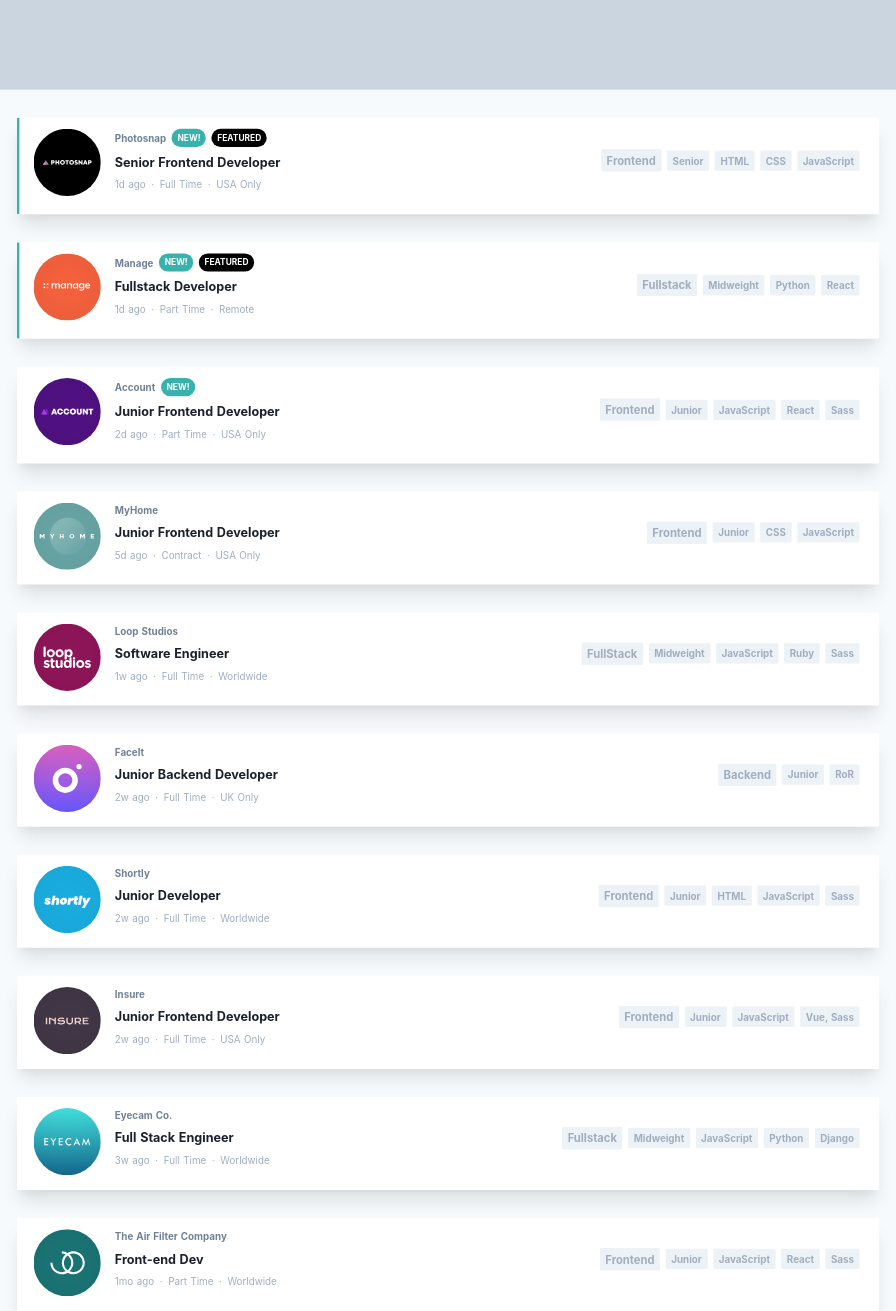
Repository: asongdon/frontendmentor-joblisting
Page: /
The author's editor kept a copy of each file at every save. The page is drawn from the files as they stood at one save, then again after the next save.
The browser window is 1280 px wide. The pictures show the whole page, at 70% of full size.
The project was rebuilt for these pictures with package versions that can differ from the ones it lists, and the page was loaded fresh each time. The framework's server and built-in components were replaced by stand-ins that run in the browser. Also part of the build but not shown: nuxt.config.js.

Above is the page before, as saved 2020-04-12 22:38:08.

### layouts/default.vue
<template>
  <div class="h-screen">
    <Header/>
    <nuxt />
  </div>
</template>

<script>
import Header from '@/components/Header.vue'

export default {
  components: {
    Header
  },
}
</script>

<style>
html {
  font-family: 'Inter', -apple-system, BlinkMacSystemFont, 'Segoe UI',
    Roboto, 'Helvetica Neue', Arial, sans-serif;
  font-size: 16px;
  word-spacing: 1px;
  -ms-text-size-adjust: 100%;
  -webkit-text-size-adjust: 100%;
  -moz-osx-font-smoothing: grayscale;
  -webkit-font-smoothing: antialiased;
  box-sizing: border-box;
  @apply bg-gray-100;
}

*,
*:before,
*:after {
  box-sizing: border-box;
  margin: 0;
}

.button--green {
  display: inline-block;
  border-radius: 4px;
  border: 1px solid #3b8070;
  color: #3b8070;
  text-decoration: none;
  padding: 10px 30px;
}

.button--green:hover {
  color: #fff;
  background-color: #3b8070;
}

.button--grey {
  display: inline-block;
  border-radius: 4px;
  border: 1px solid #35495e;
  color: #35495e;
  text-decoration: none;
  padding: 10px 30px;
  margin-left: 15px;
}

.button--grey:hover {
  color: #fff;
  background-color: #35495e;
}
</style>

### pages/index.vue
<template>
  <div class="mt-10">
    <div class="container mx-auto px-6" v-for="item in data" :key="item.id">
      <Maincard
        :logo="item.logo"
        :company="item.company"
        :newStatus="item.new"
        :featured="item.featured"
        :position="item.position"
        :postedAt="item.postedAt"
        :contract="item.contract"
        :location="item.location"
        :languages="item.languages"
        :tools="item.tools"
        :level="item.level"
        :role="item.role"
      />
    </div>
  </div>
</template>

<script>
import Maincard from '@/components/Maincard'
import data from '@/static/data/data.json'

export default {
  components: {
    Maincard
  },
  data() {
    return {
      data
    }
  }
}
</script>

<style>
/* Sample `apply` at-rules with Tailwind CSS
.container {
  @apply min-h-screen flex justify-center items-center text-center mx-auto;
}
*/
</style>

### components/Header.vue
<template>
  <div class="w-full h-32 bg-gray-400"></div>
</template>

<script>
export default {}
</script>

<style></style>

### components/Maincard.vue
<template>
  <div
    class="flex flex-col lg:flex-row lg:justify-between flex-no-wrap rounded-sm px-5 bg-white shadow-xl py-4 mb-10 border-l-4 border-white"
    :class="{ 'border-l-4': featured, 'border-teal-500': featured }"
  >
    <div class="lg:flex lg:justify-between">
      <!-- Logo -->
      <div class="-mt-10 mb-2 lg:mt-0 lg:mb-0 lg:mr-5">
        <img class="w-12 lg:w-24" :src="'/logos/' + logo" alt="" />
      </div>
      <!-- End Logo -->

      <!-- Info -->
      <div>
        <div class="flex items-center">
          <div class="text-sm font-bold text-gray-600 lg:text-md">
            {{ company }}
          </div>
          <div class="flex text-xs font-bold">
            <div
              v-if="newStatus"
              class=" bg-teal-500 text-white rounded-full px-2 py-1 uppercase ml-2"
            >
              New!
            </div>
            <div
              v-if="featured"
              class="bg-black text-white rounded-full px-2 py-1 uppercase ml-2"
            >
              Featured
            </div>
          </div>
        </div>

        <div class="mt-2 font-bold text-gray-900 lg:text-lg">
          {{ position }}
        </div>

        <div
          class="flex text-xs mt-2 mb-4 text-gray-500 border-b border-gray-200 pb-4 lg:border-0 lg:mb-0 lg:text-sm"
        >
          <div class="mr-2">{{ postedAt }}</div>
          <div class="mr-2">·</div>
          <div class="mr-2">{{ contract }}</div>
          <div class="mr-2">·</div>
          <div>{{ location }}</div>
        </div>
      </div>
    </div>
    <!-- End Info -->

    <!-- Tags -->
    <div class="flex flex-wrap justify-start lg:justify-end lg:items-center">
      <div
        class="px-2 py-1 bg-gray-200 text-gray-500 rounded-sm font-bold mr-2 mb-4 text-sm lg:text-base"
      >
        {{ role }}
      </div>
      <div
        class="px-2 py-1 bg-gray-200 text-gray-500 rounded-sm font-bold mr-2 mb-4 text-sm"
      >
        {{ level }}
      </div>
      <div
        v-for="tag in languages"
        :key="tag.id"
        class="px-2 py-1 bg-gray-200 text-gray-500 rounded-sm font-bold mr-2 mb-4 text-sm"
      >
        {{ tag }}
      </div>
      <div
        v-for="tool in tools"
        :key="tool.id"
        class="px-2 py-1 bg-gray-200 text-gray-500 rounded-sm font-bold mr-2 mb-4 text-sm"
      >
        {{ tool }}
      </div>
    </div>
    <!-- End Tags -->
  </div>
</template>

<script>
export default {
  props: {
    logo: String,
    company: String,
    newStatus: Boolean,
    featured: Boolean,
    position: String,
    postedAt: String,
    contract: String,
    location: String,
    languages: Array,
    tools: Array,
    level: String,
    role: String
  }
}
</script>

<style></style>

### static/data/data.json
[
  {
    "id": 1,
    "company": "Photosnap",
    "logo": "photosnap.svg",
    "new": true,
    "featured": true,
    "position": "Senior Frontend Developer",
    "role": "Frontend",
    "level": "Senior",
    "postedAt": "1d ago",
    "contract": "Full Time",
    "location": "USA Only",
    "languages": ["HTML", "CSS", "JavaScript"]
  },
  {
    "id": 2,
    "company": "Manage",
    "logo": "manage.svg",
    "new": true,
    "featured": true,
    "position": "Fullstack Developer",
    "role": "Fullstack",
    "level": "Midweight",
    "postedAt": "1d ago",
    "contract": "Part Time",
    "location": "Remote",
    "languages": ["Python"],
    "tools": ["React"]
  },
  {
    "id": 3,
    "company": "Account",
    "logo": "account.svg",
    "new": true,
    "featured": false,
    "position": "Junior Frontend Developer",
    "role": "Frontend",
    "level": "Junior",
    "postedAt": "2d ago",
    "contract": "Part Time",
    "location": "USA Only",
    "languages": ["JavaScript"],
    "tools": ["React", "Sass"]
  },
  {
    "id": 4,
    "company": "MyHome",
    "logo": "myhome.svg",
    "new": false,
    "featured": false,
    "position": "Junior Frontend Developer",
    "role": "Frontend",
    "level": "Junior",
    "postedAt": "5d ago",
    "contract": "Contract",
    "location": "USA Only",
    "languages": ["CSS", "JavaScript"]
  },
  {
    "id": 5,
    "company": "Loop Studios",
    "logo": "loop-studios.svg",
    "new": false,
    "featured": false,
    "position": "Software Engineer",
    "role": "FullStack",
    "level": "Midweight",
    "postedAt": "1w ago",
    "contract": "Full Time",
    "location": "Worldwide",
    "languages": ["JavaScript"],
    "tools": ["Ruby", "Sass"]
  },
  {
    "id": 6,
    "company": "FaceIt",
    "logo": "faceit.svg",
    "new": false,
    "featured": false,
    "position": "Junior Backend Developer",
    "role": "Backend",
    "level": "Junior",
    "postedAt": "2w ago",
    "contract": "Full Time",
    "location": "UK Only",
    "tools": ["RoR"]
  },
  {
    "id": 7,
    "company": "Shortly",
    "logo": "shortly.svg",
    "new": false,
    "featured": false,
    "position": "Junior Developer",
    "role": "Frontend",
    "level": "Junior",
    "postedAt": "2w ago",
    "contract": "Full Time",
    "location": "Worldwide",
    "languages": ["HTML", "JavaScript"],
    "tools": ["Sass"]
  },
  {
    "id": 8,
    "company": "Insure",
    "logo": "insure.svg",
    "new": false,
    "featured": false,
    "position": "Junior Frontend Developer",
    "role": "Frontend",
    "level": "Junior",
    "postedAt": "2w ago",
    "contract": "Full Time",
    "location": "USA Only",
    "languages": ["JavaScript"],
    "tools": ["Vue, Sass"]
  },
  {
    "id": 9,
    "company": "Eyecam Co.",
    "logo": "eyecam-co.svg",
    "new": false,
    "featured": false,
    "position": "Full Stack Engineer",
    "role": "Fullstack",
    "level": "Midweight",
    "postedAt": "3w ago",
    "contract": "Full Time",
    "location": "Worldwide",
    "languages": ["JavaScript", "Python"],
    "tools": ["Django"]
  },
  {
    "id": 10,
    "company": "The Air Filter Company",
    "logo": "the-air-filter-company.svg",
    "new": false,
    "featured": false,
    "position": "Front-end Dev",
    "role": "Frontend",
    "level": "Junior",
    "postedAt": "1mo ago",
    "contract": "Part Time",
    "location": "Worldwide",
    "languages": ["JavaScript"],
    "tools": ["React", "Sass"]
  }
]

Loaded but not shown: assets/css/tailwind.css (common file); tailwind.config.js (common file); store/filter.js (no copy from this time; the picture is the same without it); store/index.js (no copy from this time; the picture is the same without it)

After the next save:
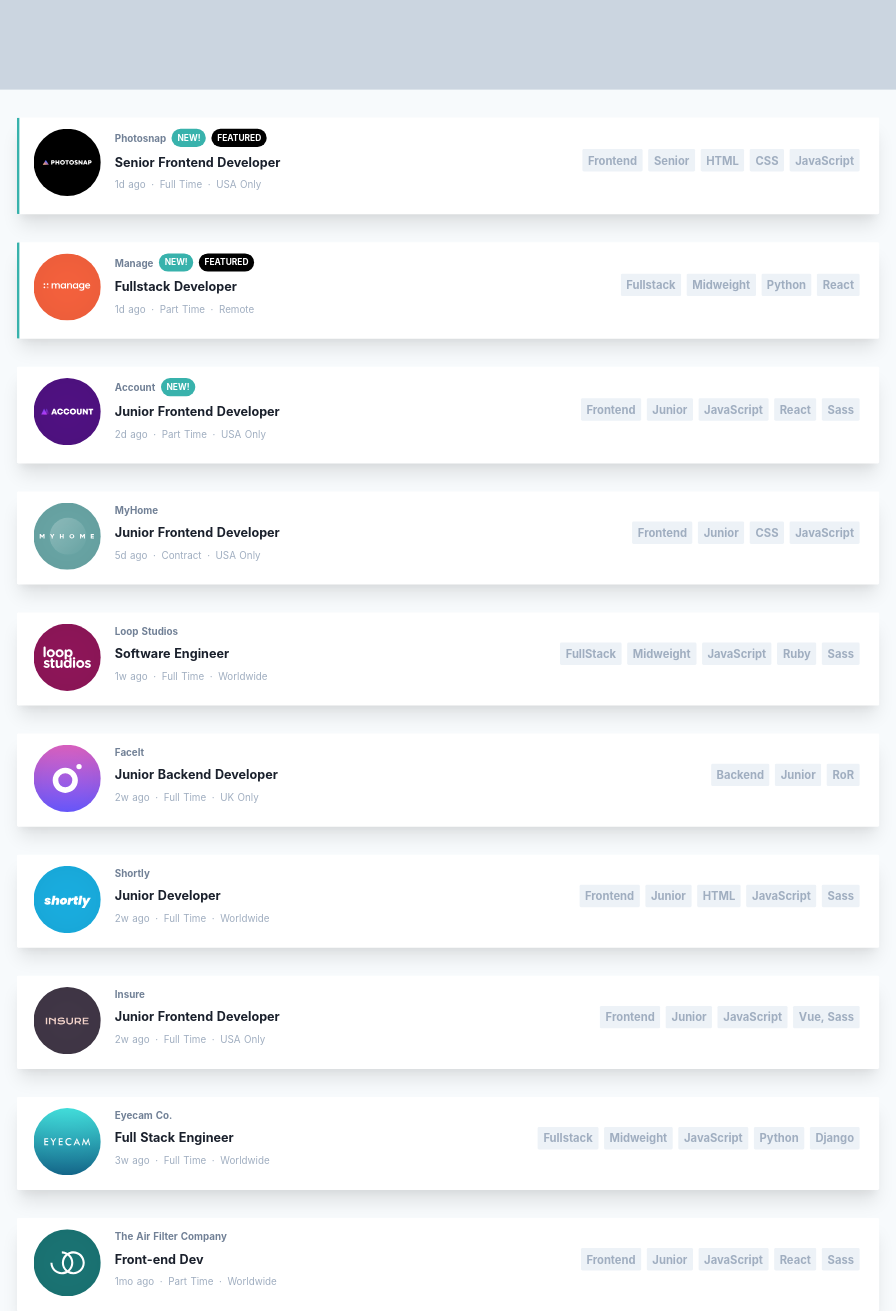
Saved 13 s later.
--- a/components/Maincard.vue
+++ b/components/Maincard.vue
@@ -57,21 +57,21 @@
         {{ role }}
       </div>
       <div
-        class="px-2 py-1 bg-gray-200 text-gray-500 rounded-sm font-bold mr-2 mb-4 text-sm"
+        class="px-2 py-1 bg-gray-200 text-gray-500 rounded-sm font-bold mr-2 mb-4 text-sm lg:text-base"
       >
         {{ level }}
       </div>
       <div
         v-for="tag in languages"
         :key="tag.id"
-        class="px-2 py-1 bg-gray-200 text-gray-500 rounded-sm font-bold mr-2 mb-4 text-sm"
+        class="px-2 py-1 bg-gray-200 text-gray-500 rounded-sm font-bold mr-2 mb-4 text-sm lg:text-base"
       >
         {{ tag }}
       </div>
       <div
         v-for="tool in tools"
         :key="tool.id"
-        class="px-2 py-1 bg-gray-200 text-gray-500 rounded-sm font-bold mr-2 mb-4 text-sm"
+        class="px-2 py-1 bg-gray-200 text-gray-500 rounded-sm font-bold mr-2 mb-4 text-sm lg:text-base"
       >
         {{ tool }}
       </div>
